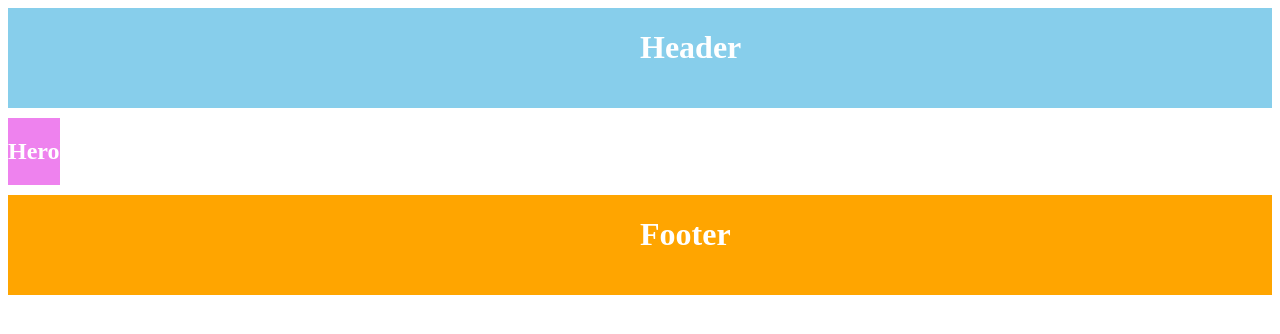
Repository: harshitanthal1/assignments_avisoft
Page: 01-02-2024/assignment_2/index.html
These files come from the project's save history. The page is drawn as it stood at one moment and after the next save; the edit follows.
The browser window is 1280 px wide. The pictures show the whole page.

Above is the page before, as saved 2024-02-01 13:47:24.

After the next save:
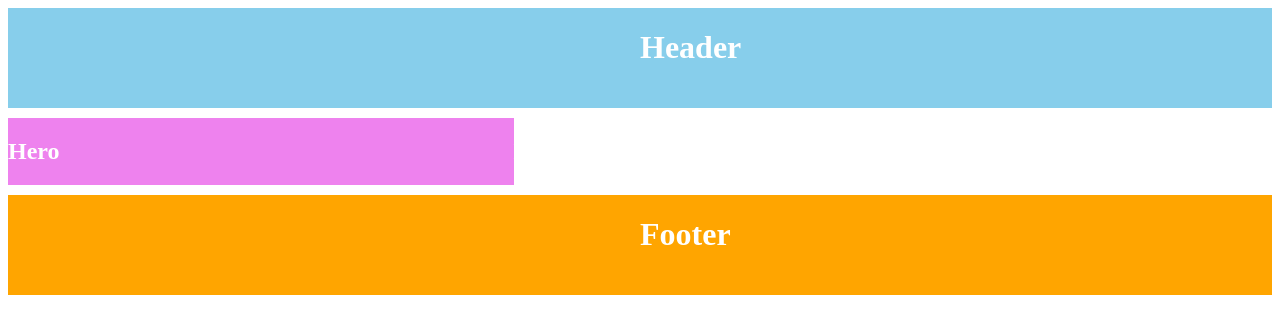
Saved 6 min 46 s later.
--- a/01-02-2024/assignment_2/styles/styles.css
+++ b/01-02-2024/assignment_2/styles/styles.css
@@ -16,6 +16,7 @@
 
 #box1 {
     background-color: violet;
+    width: 40%;
 }
 
 #box2 {
